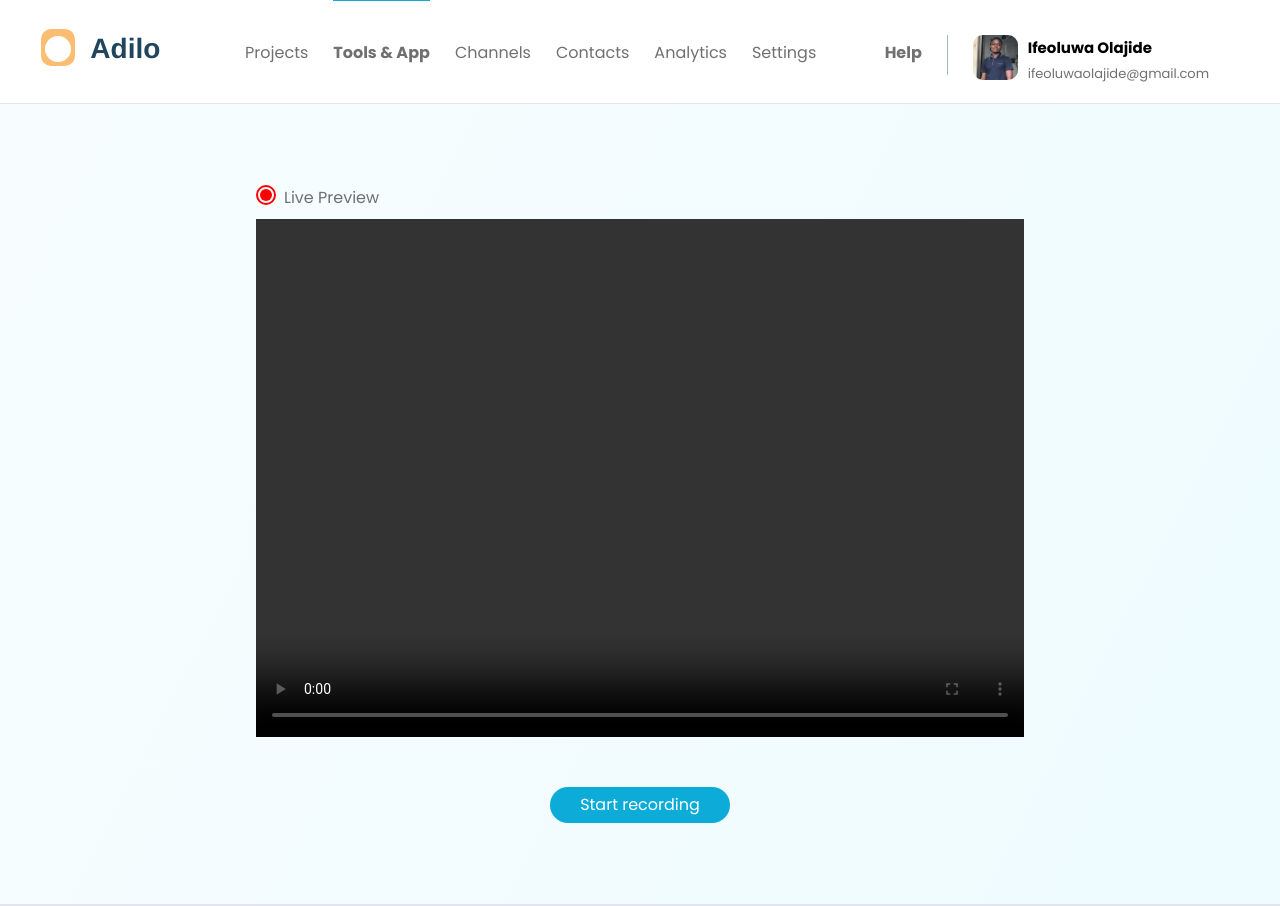
Repository: olhighjay/video_recorder
Page: /
An editor plug-in stored every save of this project. The page is shown before and after the next save, followed by the edit.
The browser window is 1280 px wide. The pictures show the whole page.
Some web libraries are served in a nearby version. The project was rebuilt for these pictures with package versions that can differ from the ones it lists, and the page was loaded fresh each time. Also part of the build but not shown: vue.config.js, src/components/DataTable.vue, src/components/EmptyRecorded.vue.

Above is the page before, as saved 2022-07-29 12:43:41.

After the next save:
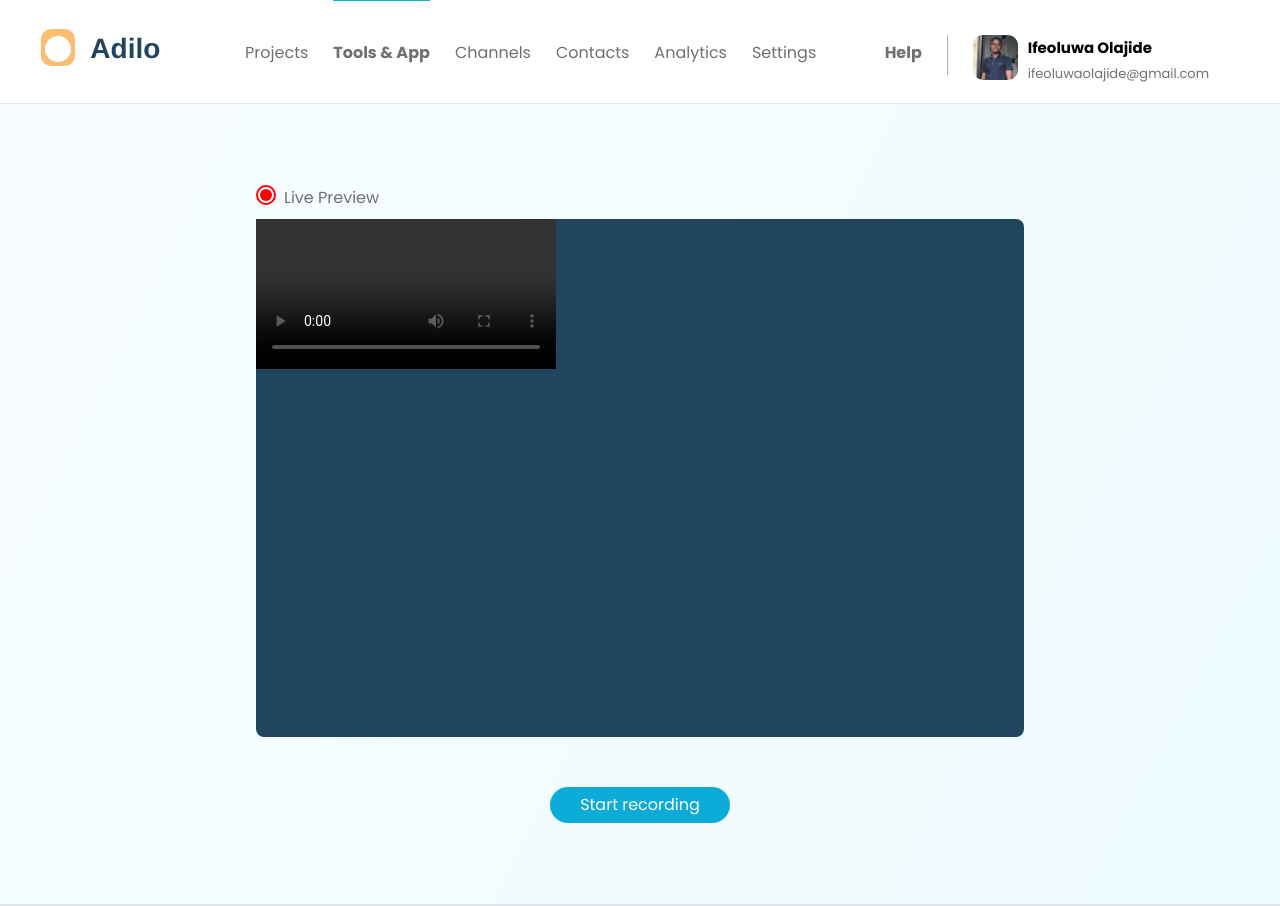
Saved 3 min 42 s later.
--- a/src/App.vue
+++ b/src/App.vue
@@ -111,7 +111,8 @@ Launch demo modal
           <div class="ml-2">Live Preview</div>
         </div>
         <div class="view-frame">
-          <video controls muted id="my-video-feedback" class=" bg-black w-full h-auto mb-4" style="width:100%; height:100%"></video>
+          <video v-if="recorded" controls muted id="my-video-feedback" class=" bg-black w-full h-auto mb-4" style="width:100%; height:100%"></video>
+          <video v-else id="vid2" controls class="recorded-video bg-black w-full h-auto mb-8"></video>
         </div>
         <div class="text-center start-recording-wrapper">
           <button class="start-recording">Start recording</button>
@@ -133,6 +134,11 @@ export default {
     Navbar,
     DataTable,
     EmptyRecorded
+  },
+  data() {
+    return {
+      recorded: false
+    }
   }
 }
 </script>

After the 2 saves that followed:
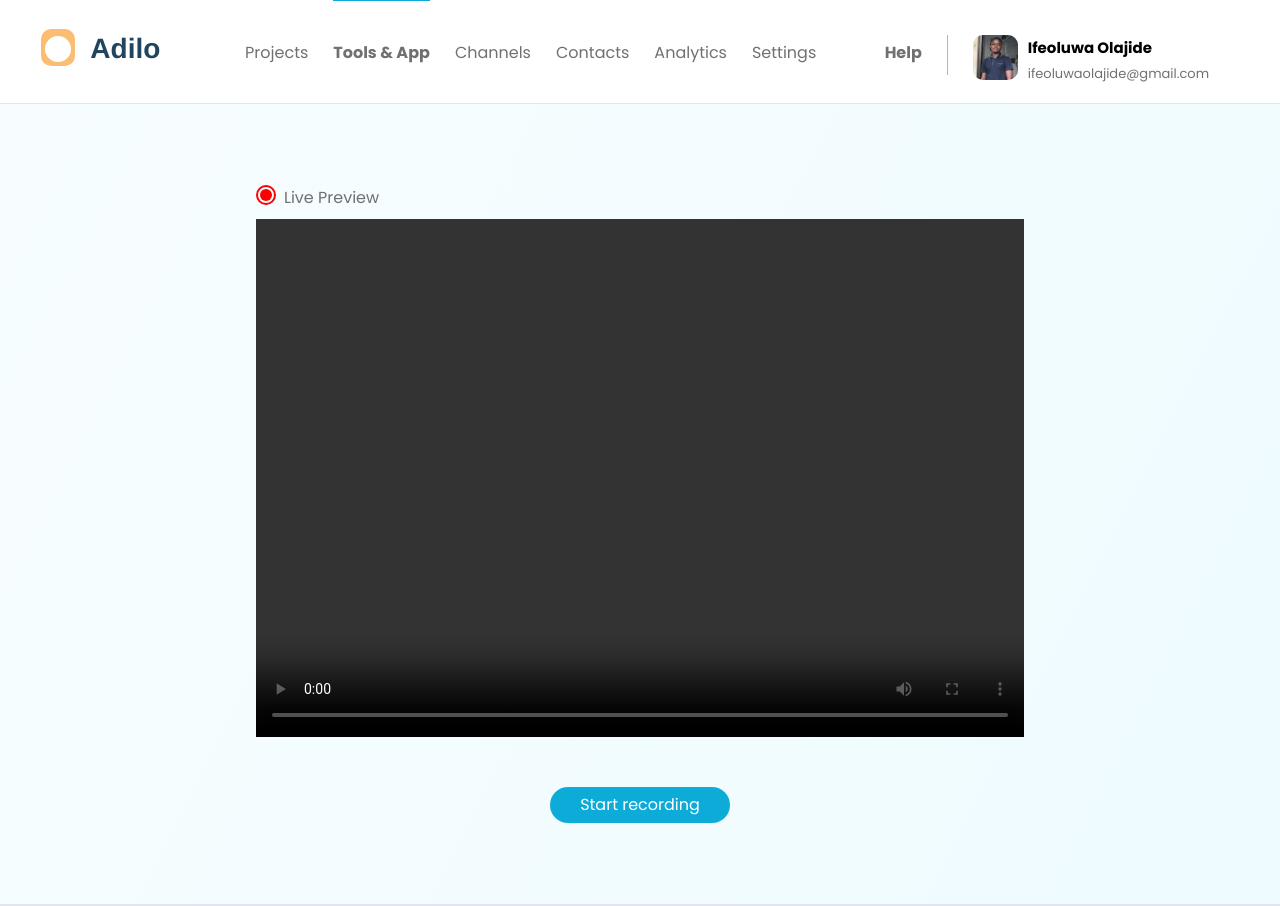
The 2 saves are shown as one change because 1 left the picture as it was.
The last was saved 2 min 37 s later.
--- a/src/App.vue
+++ b/src/App.vue
@@ -111,8 +111,8 @@ Launch demo modal
           <div class="ml-2">Live Preview</div>
         </div>
         <div class="view-frame">
-          <video v-if="recorded" controls muted id="my-video-feedback" class=" bg-black w-full h-auto mb-4" style="width:100%; height:100%"></video>
-          <video v-else id="vid2" controls class="recorded-video bg-black w-full h-auto mb-8"></video>
+          <video v-if="recorded" controls muted id="my-video-feedback" class=" bg-black w-full h-auto"></video>
+          <video v-else id="my-recorded-video" controls class="recorded-video bg-black w-full h-auto"></video>
         </div>
         <div class="text-center start-recording-wrapper">
           <button class="start-recording">Start recording</button>
@@ -403,5 +403,10 @@ button:hover {
 #my-video-feedback::-webkit-media-controls-mute-button {
         display: none;
 }
+#my-video-feedback, #my-recorded-video {
+  width:100%;
+  height:100%;
+}
+
 
 </style>
